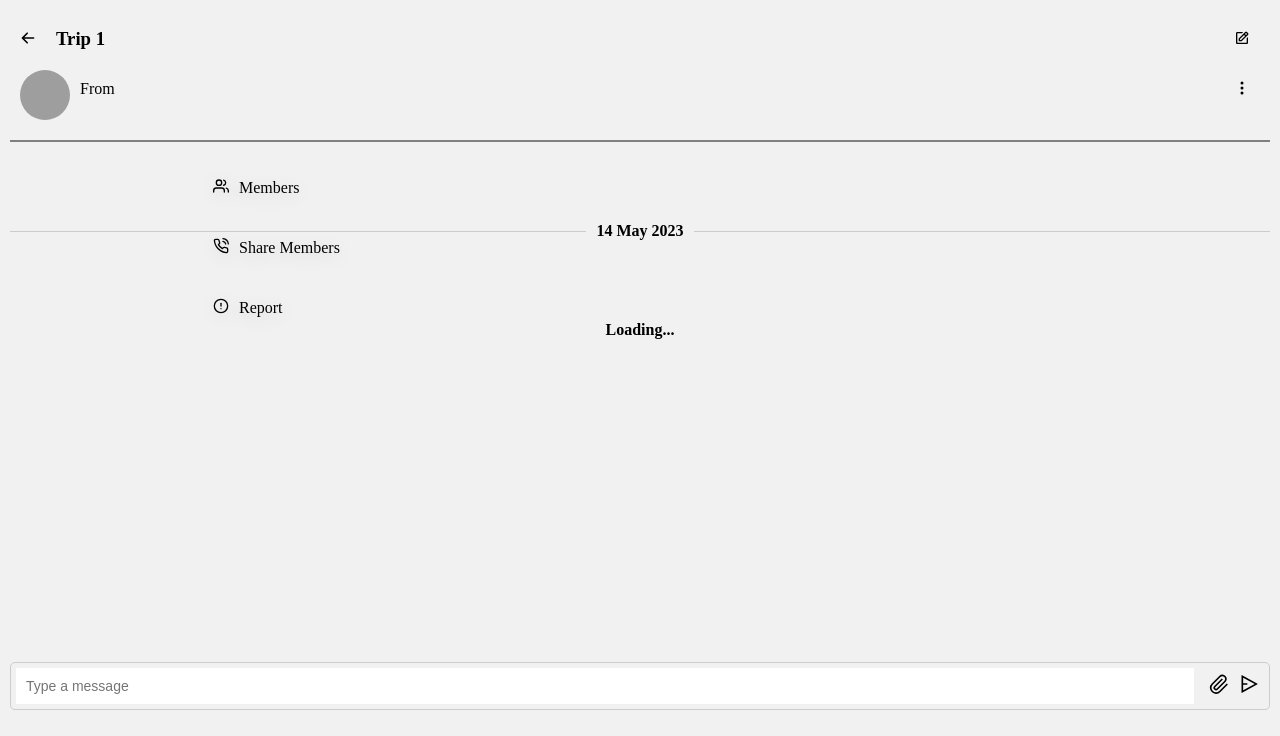
Repository: Abhi2359/PWA_Corider
Page: /, after clicking the first element matching `div.dot_icon`
The author's editor kept a copy of each file at every save. The page is drawn from the files as they stood at one save, then again after a run of saves.
The browser window is 1280 px wide. The pictures show the whole page.
Pictures or frames that could not be fetched are drawn as grey boxes. The page's requests for data from a server got no answer. The project was rebuilt for these pictures with package versions that can differ from the ones it lists, and the page was loaded fresh each time. No one was signed in, and anything a server would have sent is missing. Also part of the build but not shown: vite.config.js, src/chatInput/Chat.css, src/chatInput/Chat.jsx.

Above is the page before, as saved 2023-05-14 20:37:59.

### src/App.jsx
import { useEffect, useState ,lazy,Suspense,useCallback} from "react";
import styles from "./App.css";
import { fetchData } from "./api/fetchData";
import Header from "./Header/Header";
import Chat from "./chatInput/Chat";
import ChatInput from "./chatInput/ChatInput";
import InfiniteScroll from "react-infinite-scroll-component";
import LazyLoad from "react-lazy-load";
const LazyChat = lazy(() => import("./chatInput/Chat"));

function App() {
  const [data, setData] = useState([]);
  const [isLoading, setIsLoading] = useState(false);
  const [error, setError] = useState(null);
  const [currentPage, setCurrentPage] = useState(1);
  const [hasMore, setHasMore] = useState(true);
  const [from, setFrom] = useState("");
  const [to, setTo] = useState("");

  const fetchDataFromApi = useCallback(async () => {
    if (!hasMore) return;
    setIsLoading(true);

    try {
      const apiData = await fetchData(currentPage);
      const apiResponse = apiData.chats;

      if (apiResponse.length === 0) {
        setHasMore(false);
      } else {
        setData((prevData) => [...prevData, ...apiResponse]);
        setCurrentPage((prevPage) => prevPage + 1);
      }
    } catch (error) {
      setError(error.message);
    }

    setIsLoading(false);
  }, [currentPage, hasMore]);

  useEffect(() => {
    fetchDataFromApi();
  }, [fetchDataFromApi]);

  const handleScroll = useCallback(() => {
    const scrollTop =
      (document.documentElement && document.documentElement.scrollTop) ||
      document.body.scrollTop;
    const scrollHeight =
      (document.documentElement && document.documentElement.scrollHeight) ||
      document.body.scrollHeight;
    const clientHeight =
      document.documentElement.clientHeight || window.innerHeight;
    const scrollPosition = scrollTop + clientHeight;

    if (scrollPosition >= scrollHeight - 200) {
      fetchDataFromApi();
    }
  }, [fetchDataFromApi]);

  useEffect(() => {
    window.addEventListener("scroll", handleScroll);
    return () => window.removeEventListener("scroll", handleScroll);
  }, [handleScroll]);
  return (
    <>
      <div className="layout">
        <div className="header_section">
          <Header />
          <div className="chat_container">
            <InfiniteScroll
              dataLength={data.length}
              next={fetchDataFromApi}
              hasMore={hasMore}
              scrollThreshold={0.8}
              className="chat_list"
              loader={<h4 style={{ textAlign: "center" }}>Loading...</h4>}
            >
              <ul className="chat_list">
                {data.map((chat) => (
                  <li key={chat.id}>
                    <Suspense fallback={<div>Loading...</div>}>
                      <LazyChat
                        message={chat.message}
                        image={chat.sender.image}
                      />
                    </Suspense>
                  </li>
                ))}
              </ul>
            </InfiniteScroll>
          </div>
        </div>
         <div>
          <footer className="footer">
            <ChatInput />
          </footer>
        </div>
      </div>
    </>
  );
}

export default App;

### src/App.css
.layout{
    position: relative;
width: 100%;
height: 100vh;
background: #FAF9F4;
border-radius: 32px;
}

.header_section {
    position: fixed;
    top: 0;
    left: 0;
    right: 0;
    background-color: #f1f1f1;
    padding: 10px;
    z-index: 1;
  }

  .chat_container {
    margin-top: 60px; /* Adjust the margin to give space below the fixed header */
    overflow: auto;
    flex-grow: 1;
    height: calc(100vh - 120px); /* Adjust the height based on header and footer heights */
  }

  .chat_list {
    list-style: none;
    padding: 0;
    margin: 0;
  }

  .footer {
    position: fixed;
    bottom: 0;
    left: 0;
    right: 0;
    background-color: #f1f1f1;
    padding: 10px;
    z-index: 1;
  }

  /* Optional styles for scrollable chat section */
  .chat_container::-webkit-scrollbar {
    width: 8px;
  }

  .chat_container::-webkit-scrollbar-track {
    background-color: #f1f1f1;
  }

  .chat_container::-webkit-scrollbar-thumb {
    background-color: #888;
    border-radius: 4px;
  }

  .chat_container::-webkit-scrollbar-thumb:hover {
    background-color: #555;
  }

### src/api/fetchData.jsx
import axios from "axios";

const API_URL = "http://3.111.128.67/assignment/chat";

export const fetchData = async (page) => {
    try {
      const response = await axios.get(`http://3.111.128.67/assignment/chat?page=${page}`, {
        params: { page },
      });
      return response.data;
    } catch (error) {
      throw new Error('Error while fetching data');
    }
  };

### src/Header/Header.jsx
import React ,{useState}from "react";
import { HiArrowLeft } from "react-icons/hi";
import { BiEdit } from "react-icons/bi";
import { BsThreeDotsVertical } from "react-icons/bs";
import styles from "./Header.css"
import Card from "../Card/Card";

const Header = ({ from, to }) => {
  const [isCardVisible, setIsCardVisible] = useState(false);

  const handleToggleCard = () => {
    setIsCardVisible(!isCardVisible);
  };
  return (
    <>
      <div className="header">
        <div className="trip">
          <div className="icon">
            <HiArrowLeft />
          </div>
          <div className="trip_no">
            <h3 className="no">Trip 1</h3>
          </div>
          <div className="edit_icon">
            <BiEdit />
          </div>
        </div>
        <div className="trip_details">
          <div className="user_icon">
            <img
              src="https://fastly.picsum.photos/id/1072/160/160.jpg?hmac=IDpbpA5neYzFjtkdFmBDKXwgr-907ewXLa9lLk9JuA8"
              alt=""
            />
          </div>
          <div className="travel_data">From {from}</div>
          <div className="dot_icon" onClick={handleToggleCard}>
            <BsThreeDotsVertical />
          </div>
        </div>
        <div className="toggle-card">
        {isCardVisible && <Card  />}
        </div>
        <div className="horizontal_line">

        <div className="line"></div>
        </div>
        <div className="date_section">
          <div className="date_line"></div>
          <div className="date">14 May 2023</div>
          <div className="date_line"></div>
        </div>
      </div>
    </>
  );
};

export default Header;

### src/chatInput/ChatInput.jsx
import React from 'react'
import {GrAttachment}  from "react-icons/gr"
import {RiSendPlane2Line}  from "react-icons/ri"
import styles from "./ChatInput.css"
const ChatInput = () => {
  return (
  <>


  <div class="chat-input-container">
  <input type="text" class="chat-input" placeholder="Type a message"/>
  <div class="icon-container">
   <div className="attachment"><GrAttachment/></div>
   <div className="send"><RiSendPlane2Line/></div>
  </div>
</div>


  </>
  )
}

export default ChatInput

### src/Header/Header.css
.header {
  height: 40%;
  width: 100%;
  box-shadow: darkgrey;
  position: relative;
}

.trip {
  padding-top: 20px;
  padding-left: 10px;
  display: flex;
  flex-direction: row;
  justify-content: space-between;
  height: 20%;
}

.icon {
  margin-right: 5px;
}

.trip_no {
  margin-right: auto;

  width: auto;
  padding: 10px 10px;
  height: 30px;
  margin-top: -10px;
}
.trip_no h3 {
  margin-top: -2px;
}

.edit_icon {
  margin-right: 20px;
}

.trip_details {
  display: flex;
  flex-direction: row;
  justify-content: space-between;
  padding-left: 10px;
  height: 40%;
}

.travel_data {
  margin-right: auto;
  margin-top: 10px;
}

.user_icon {
  width: 50px;
  height: 50px;
  border-radius: 50%;
  overflow: hidden;
  margin-right: 10px;
}

.user_icon img {
  width: 100%;
  height: 100%;
  object-fit: cover;
}

.dot_icon {
  margin-top: 10px;
  margin-right: 20px;
}

.horizontal_line {
  padding-top: 20px;
}
.line {
  border: 1px solid grey;
  height: 0px;
  background-color: black;
}

.date_section {
    display: flex;
    align-items: center;
    margin-bottom: 10px;
    margin-top: 80px;
  }

  .date_line {
    flex-grow: 1;
    height: 1px;
    background-color: #ccc;
  }

  .date {
    margin: 0 10px;
    font-weight: bold;
  }

### src/Card/Card.jsx
import React from "react";
import { FiUsers, FiPhoneCall, FiAlertCircle } from "react-icons/fi";
import styles from "./card.css"
const Card = () => {
  return (
    <div className="card-body">
      <div className="members">
        <div className="icon">
          <FiUsers />
        </div>

        <div className="text">
          <p>Members</p>
        </div>
      </div>
      <div className="share-members">
        <div className="icon">
          <FiPhoneCall />
        </div>
        <div className="text">
          <p>Share Members</p>
        </div>
      </div>
      <div className="report">
        <div className="icon">
          <FiAlertCircle />
        </div>
        <div className="text">
          <p>Report</p>
        </div>
      </div>
    </div>
  );
};

export default Card;

### src/chatInput/ChatInput.css
.chat-input-container {
    display: flex;
    align-items: center;
    border: 1px solid #ccc;
    border-radius: 5px;
    padding: 5px;
  }

  .chat-input {
    flex-grow: 1;
    border: none;
    outline: none;
    padding: 10px;
    font-size: 14px;
  }

  .icon-container {
    display: flex;
    align-items: center;
    margin-left: 10px;
  }

  .attachment,
  .send {
    cursor: pointer;
    padding: 5px;
  }

  .attachment:hover,
  .send:hover {
    background-color: #f1f1f1;
    border-radius: 50%;
  }

  .attachment > svg,
  .send > svg {
    width: 20px;
    height: 20px;
  }

### src/Card/card.css
.card-body {
    display: flex;
    flex-direction: column;

position: absolute;
width: 156px;
height: 144px;
left: 203px;
top: 153px;

filter: drop-shadow(0px 4px 8px rgba(0, 0, 0, 0.12));
border-radius: 8px

  }

  .members,
  .share-members,
  .report {
    display: flex;
    align-items: center;
    margin-bottom: 10px;
  }

  .icon {
    margin-right: 10px;
  }

  .text {
    font-size: 16px;
  }

Loaded but not shown: index.html (common file); src/main.jsx (common file)

After the next 6 saves:
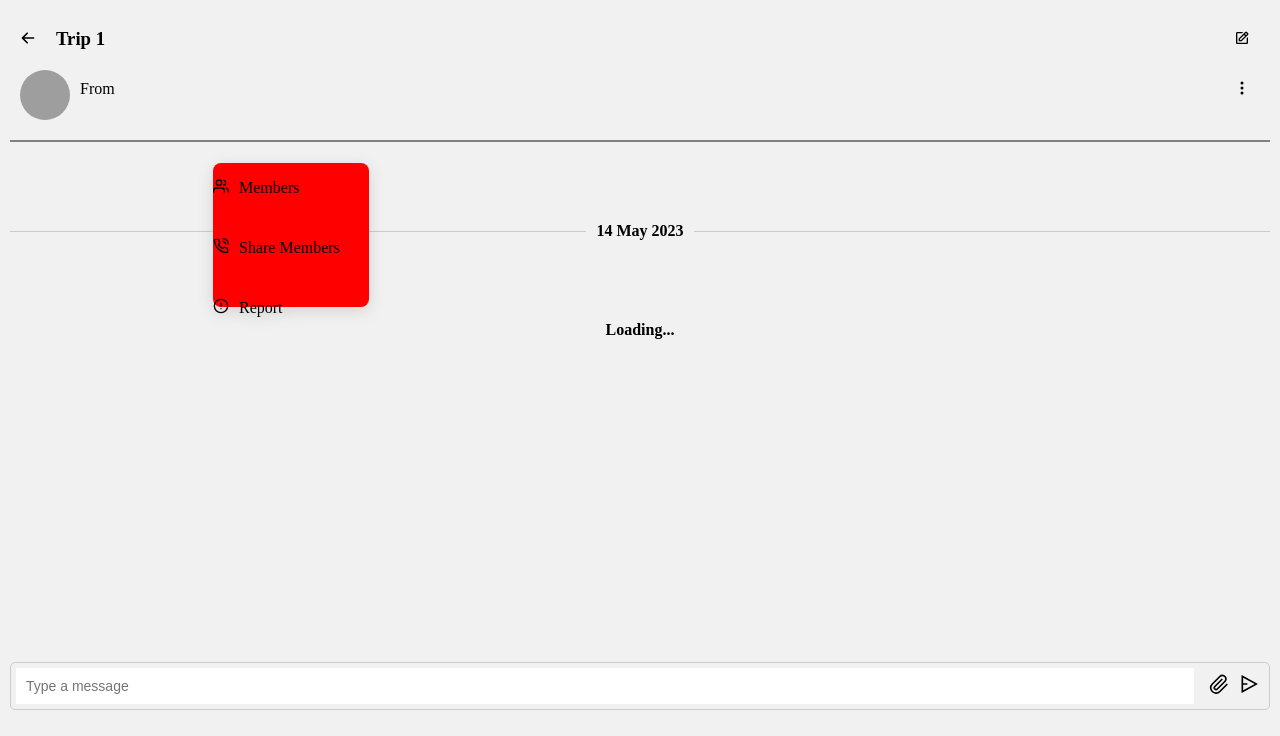
The 6 saves are shown as one change because they came seconds apart.
The last was saved 17 s later.
--- a/src/Card/card.css
+++ b/src/Card/card.css
@@ -1,30 +1,29 @@
 .card-body {
-    display: flex;
-    flex-direction: column;
+  display: flex;
+  flex-direction: column;
 
-position: absolute;
-width: 156px;
-height: 144px;
-left: 203px;
-top: 153px;
+  position: absolute;
+  width: 156px;
+  height: 144px;
+  left: 203px;
+  top: 153px;
+  background-color: red;
+  filter: drop-shadow(0px 4px 8px rgba(0, 0, 0, 0.12));
+  border-radius: 8px;
+}
 
-filter: drop-shadow(0px 4px 8px rgba(0, 0, 0, 0.12));
-border-radius: 8px
+.members,
+.share-members,
+.report {
+  display: flex;
+  align-items: center;
+  margin-bottom: 10px;
+}
 
-  }
+.icon {
+  margin-right: 10px;
+}
 
-  .members,
-  .share-members,
-  .report {
-    display: flex;
-    align-items: center;
-    margin-bottom: 10px;
-  }
-
-  .icon {
-    margin-right: 10px;
-  }
-
-  .text {
-    font-size: 16px;
-  }
+.text {
+  font-size: 16px;
+}
